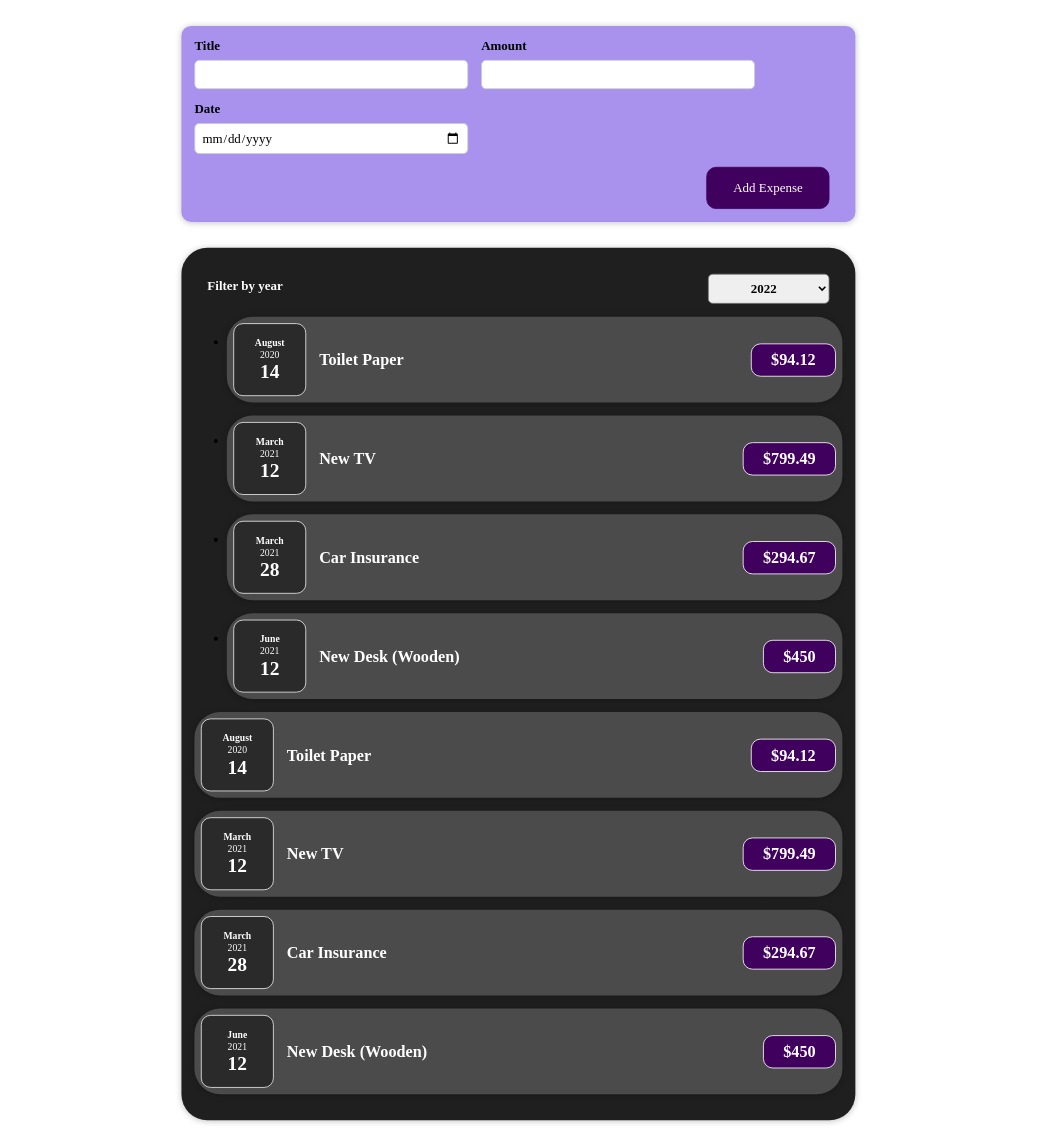
Repository: waniArif/Expenses-tracker
Page: /
An editor plug-in stored every save of this project. The page is shown before and after the next save, followed by the edit.
The browser window is 1280 px wide. The pictures show the whole page, at 81% of full size.
The project was rebuilt for these pictures with package versions that can differ from the ones it lists, and the page was loaded fresh each time.

Above is the page before, as saved 2021-06-11 14:49:10.

### src/App.js
import React from "react";
import Expenses from "./components/Expenses/Expenses";
import NewExpense from "./components/NewExpense/NewExpense";

function App() {
  const expenses = [
    {
      id: "e1",
      title: "Toilet Paper",
      amount: 94.12,
      date: new Date(2020, 7, 14),
    },
    { id: "e2", title: "New TV", amount: 799.49, date: new Date(2021, 2, 12) },
    {
      id: "e3",
      title: "Car Insurance",
      amount: 294.67,
      date: new Date(2021, 2, 28),
    },
    {
      id: "e4",
      title: "New Desk (Wooden)",
      amount: 450,
      date: new Date(2021, 5, 12),
    },
  ];

  const addExpenseHandler = (expense) => {
    console.log(expense, "in App.js");
  };

  return (
    <div>
      <NewExpense onAddExpense={addExpenseHandler} />
      <Expenses items={expenses} />
    </div>
  );
}

export default App;

### src/components/Expenses/Expenses.js
import React, { useState } from "react";

import ExpenseItem from "./ExpenseItem";
import Card from "../UI/Card";
import "./Expenses.css";
import ExpenseFilter from "./ExpenseFilter";

const Expenses = (props) => {
  const [filteredYear, setFilteredYear] = useState("");

  const handleFilterYearChange = (selectedYear) => {
    setFilteredYear(selectedYear);
  };
  return (
    <div>
      <Card className="expenses">
        <ExpenseFilter
          selected={filteredYear}
          onYearChange={handleFilterYearChange}
        />
        {props.items.map((item) => {
          const { id, title, amount, date } = item;
          return (
            <ul>
              <li key={id}>
                <ExpenseItem title={title} amount={amount} date={date} />
              </li>
            </ul>
          );
        })}
        <ExpenseItem
          title={props.items[0].title}
          amount={props.items[0].amount}
          date={props.items[0].date}
        />
        <ExpenseItem
          title={props.items[1].title}
          amount={props.items[1].amount}
          date={props.items[1].date}
        />
        <ExpenseItem
          title={props.items[2].title}
          amount={props.items[2].amount}
          date={props.items[2].date}
        />
        <ExpenseItem
          title={props.items[3].title}
          amount={props.items[3].amount}
          date={props.items[3].date}
        />
      </Card>
    </div>
  );
};

export default Expenses;

### src/components/NewExpense/NewExpense.js
import React from "react";

import ExpenseForm from "./ExpenseForm";

import "./NewExpense.css";

const NewExpense = (props) => {
  const saveExpenseDataHandler = (enteredExpenseData) => {
    const expenseData = {
      ...enteredExpenseData,
      id: new Date().getMilliseconds().toString(),
    };
    props.onAddExpense(expenseData);
  };
  return (
    <div className="new-expense">
      <ExpenseForm onSaveExpenseData={saveExpenseDataHandler} />
    </div>
  );
};

export default NewExpense;

### src/components/Expenses/ExpenseFilter.js
import React from "react";

import "./ExpenseFilter.css";

const ExpenseFilter = (props) => {
  const handleChange = (e) => {
    props.onYearChange(e.target.value);
  };
  return (
    <div className="expenses-filter">
      <div className="expenses-filter__control">
        <label>Filter by year</label>
        <select value={props.selected} onChange={handleChange}>
          <option value="2022">2022</option>
          <option value="2021">2021</option>
          <option value="2020">2020</option>
          <option value="2019">2019</option>
        </select>
      </div>
    </div>
  );
};

export default ExpenseFilter;

### src/components/NewExpense/ExpenseForm.js
import React, { useState } from "react";

import "./ExpenseForm.css";
const ExpenseForm = (props) => {
  const [enteredTitle, setEnteredTitle] = useState("");
  const [enteredAmount, setEnteredAmount] = useState("");
  const [enteredDate, setEnteredDate] = useState("");

  const handleTitleChange = (e) => {
    setEnteredTitle(e.target.value);
  };
  const handleAmountChange = (e) => {
    setEnteredAmount(e.target.value);
  };
  const handleDateChange = (e) => {
    setEnteredDate(e.target.value);
  };

  const handleSubmit = (e) => {
    e.preventDefault();
    const expenseData = {
      title: enteredTitle,
      amount: enteredAmount,
      date: new Date(enteredDate),
    };
    setEnteredTitle("");
    setEnteredAmount("");
    setEnteredDate("");
    props.onSaveExpenseData(expenseData);
  };

  return (
    <form onSubmit={handleSubmit}>
      <div className="new-expense__controls">
        <div className="new-expense__control">
          <label htmlFor="title">Title</label>
          <input
            type="text"
            name="title"
            id="title"
            value={enteredTitle}
            onChange={handleTitleChange}
          />
        </div>
        <div className="new-expense__control">
          <label htmlFor="amount">Amount</label>
          <input
            onChange={handleAmountChange}
            type="number"
            name="number"
            id="number"
            min="0.01"
            step="0.01"
            value={enteredAmount}
          />
        </div>
        <div className="new-expense__control">
          <label htmlFor="date">Date</label>
          <input
            onChange={handleDateChange}
            type="date"
            name="date"
            id="date"
            min="2019-01-01"
            max="2025-12-31"
            value={enteredDate}
          />
        </div>
      </div>
      <div className="new-expense__actions">
        <button type="submit">Add Expense</button>
      </div>
    </form>
  );
};

export default ExpenseForm;

### src/components/NewExpense/NewExpense.css
.new-expense {
  background-color: #a892ee;
  padding: 1rem;
  margin: 2rem auto;
  width: 50rem;
  max-width: 95%;
  border-radius: 12px;
  text-align: center;
  box-shadow: 0 1px 8px rgba(0, 0, 0, 0.25);
}

.new-expense button {
  font: inherit;
  cursor: pointer;
  padding: 1rem 2rem;
  border: 1px solid #40005d;
  background-color: #40005d;
  color: white;
  border-radius: 12px;
  margin-right: 1rem;
}

.new-expense button:hover,
.new-expense button:active {
  background-color: #510674;
  border-color: #510674;
}

.new-expense button.alternative {
  color: #220131;
  border-color: transparent;
  background-color: transparent;
}

.new-expense button.alternative:hover,
.new-expense button.alternative:active {
  background-color: #ddb3f8;
}

### src/components/Expenses/ExpenseItem.css
.expense-item {
  display: flex;
  justify-content: space-between;
  align-items: center;
  padding: 0.5rem;
  margin: 1rem 0;
  background-color: #4b4b4b;
}

.expense-item__description {
  display: flex;
  flex-direction: column;
  gap: 1rem;
  align-items: flex-end;
  flex-flow: column-reverse;
  justify-content: flex-start;
  flex: 1;
}

.expense-item h2 {
  color: #3a3a3a;
  font-size: 1rem;
  flex: 1;
  margin: 0 1rem;
  color: white;
}

.expense-item__price {
  font-size: 1rem;
  font-weight: bold;
  color: white;
  background-color: #40005d;
  border: 1px solid white;
  padding: 0.5rem;
  border-radius: 12px;
}

@media (min-width: 580px) {
  .expense-item__description {
    flex-direction: row;
    align-items: center;
    justify-content: flex-start;
    flex: 1;
  }

  .expense-item__description h2 {
    font-size: 1.25rem;
  }

  .expense-item__price {
    font-size: 1.25rem;
    padding: 0.5rem 1.5rem;
  }
}

### src/components/UI/Card.css
.card {
  border-radius: 2rem;
  box-shadow: 0 1px 8px rgba(0, 0, 0, 0.25);
}

Loaded but not shown: public/index.html (common file); src/index.js (common file); src/components/Expenses/ExpenseItem.js (common file); src/components/UI/Card.js (common file); src/components/Expenses/Expenses.css (common file); src/components/Expenses/ExpenseDate.js (common file); src/components/Expenses/ExpenseFilter.css (common file); src/components/NewExpense/ExpenseForm.css (common file); src/components/Expenses/ExpenseDate.css (common file)

After the next save:
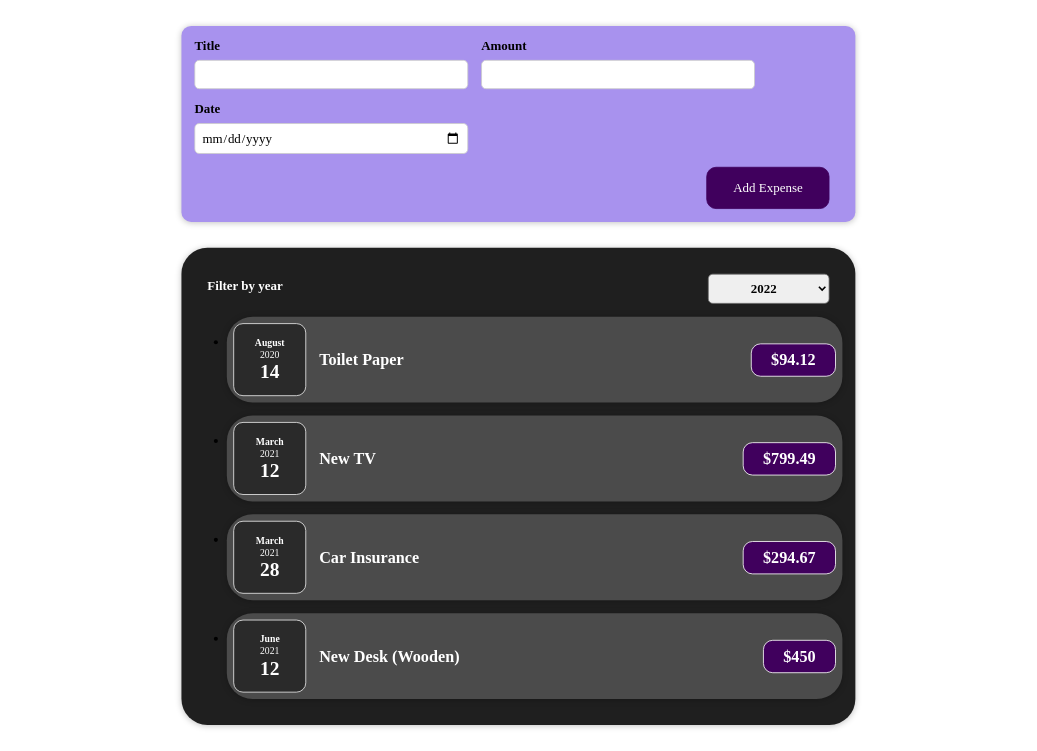
Saved 9 s later.
--- a/src/components/Expenses/Expenses.js
+++ b/src/components/Expenses/Expenses.js
@@ -28,26 +28,6 @@ const Expenses = (props) => {
             </ul>
           );
         })}
-        <ExpenseItem
-          title={props.items[0].title}
-          amount={props.items[0].amount}
-          date={props.items[0].date}
-        />
-        <ExpenseItem
-          title={props.items[1].title}
-          amount={props.items[1].amount}
-          date={props.items[1].date}
-        />
-        <ExpenseItem
-          title={props.items[2].title}
-          amount={props.items[2].amount}
-          date={props.items[2].date}
-        />
-        <ExpenseItem
-          title={props.items[3].title}
-          amount={props.items[3].amount}
-          date={props.items[3].date}
-        />
       </Card>
     </div>
   );
